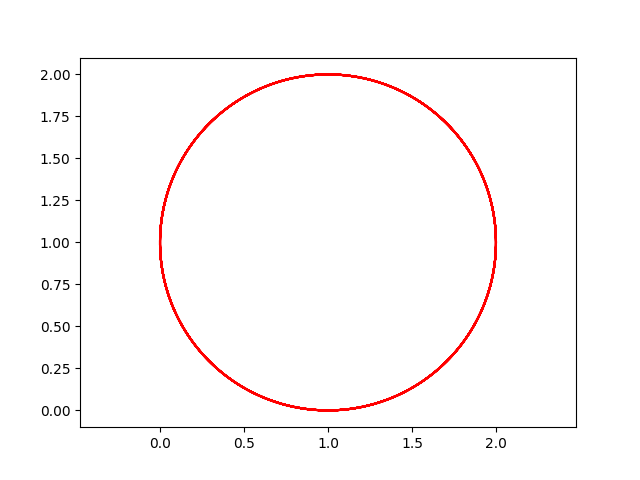
Repository: lbylzkx/Circle-Point-Manuscript
Script's output: python flowers.py
An editor plug-in stored every save of this project. The script's output is shown before and after the next save, followed by the edit.
Random numbers start from a fixed seed.

Above is the script's output before, as saved 2023-10-11 10:32:36.

After the next save:
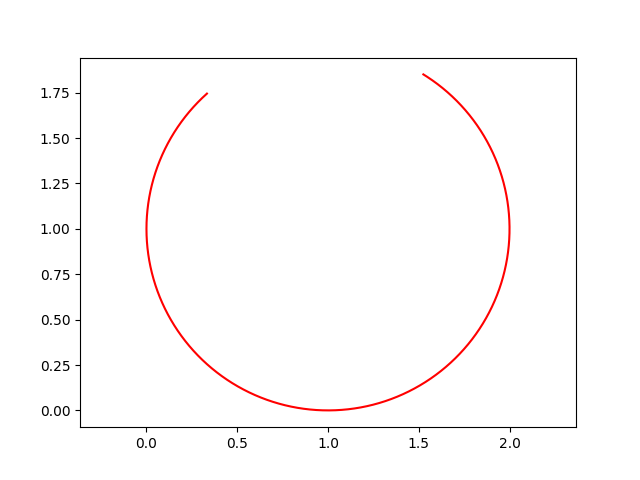
Saved 2 min 32 s later.
--- a/flowers.py
+++ b/flowers.py
@@ -96,6 +96,6 @@
 # Draw_Arc.arc_inverse((1, 1), (2, 1), (1, 0), 'r')
 # Draw_Arc.arc_inverse((1, 1), (1, 0), (2, 1))
 
-Draw_Arc.arc_degree((1, 1), 1, 0, 45, 'r')
+Draw_Arc.arc_degree((1, 1), 1, 40, 45, 'r')
 
 plt.show()

After the save that followed:
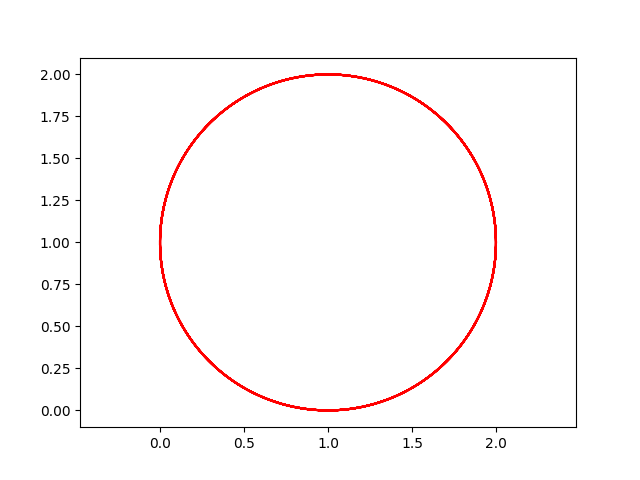
Saved 12 s later.
--- a/flowers.py
+++ b/flowers.py
@@ -96,6 +96,6 @@
 # Draw_Arc.arc_inverse((1, 1), (2, 1), (1, 0), 'r')
 # Draw_Arc.arc_inverse((1, 1), (1, 0), (2, 1))
 
-Draw_Arc.arc_degree((1, 1), 1, 40, 45, 'r')
+Draw_Arc.arc_degree((1, 1), 1, 0, 45, 'r')
 
 plt.show()
